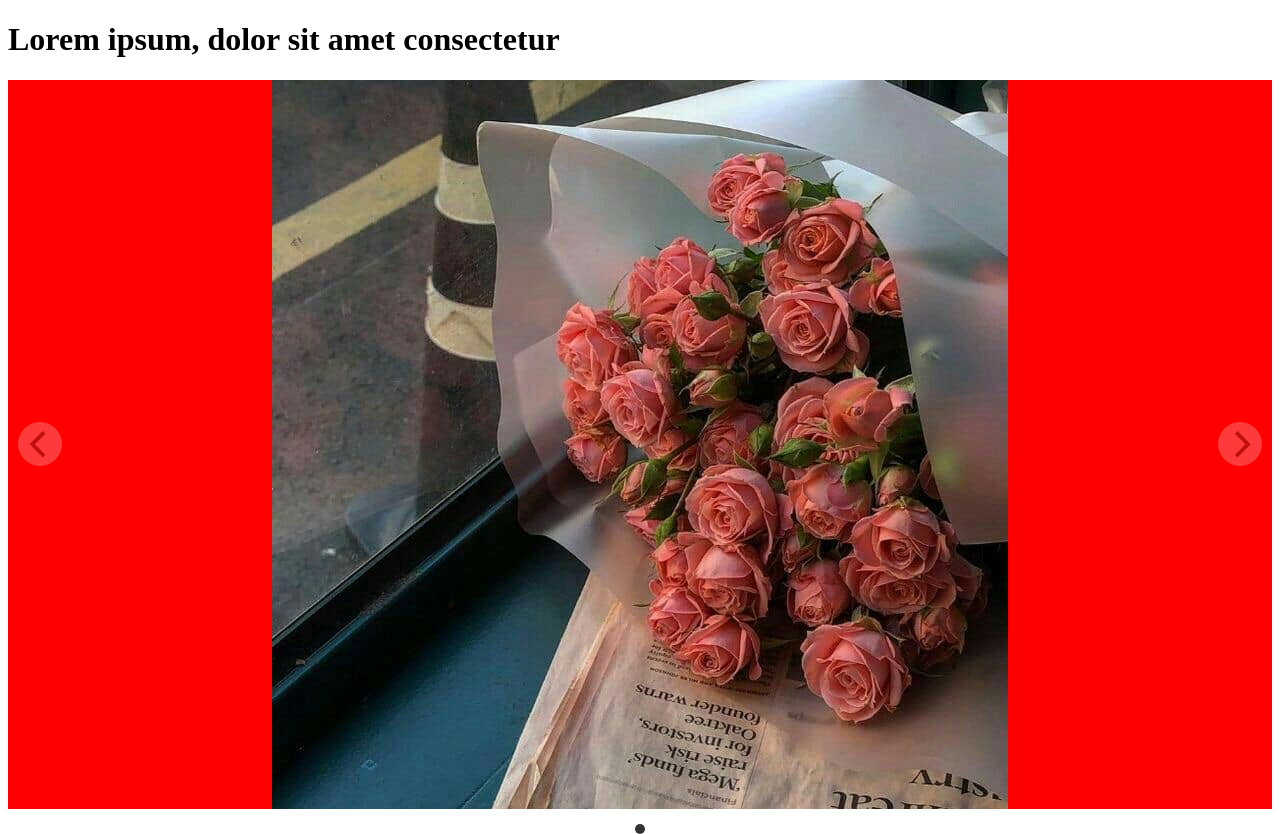
Repository: tongdkhai/Graphic-Art-Mart
Page: test/test.html
These files come from the project's save history. The page is drawn as it stood at one moment and after the next save; the edit follows.
The browser window is 1280 px wide. The pictures show the whole page.

Above is the page before, as saved 2022-10-25 17:53:39.

After the next save:
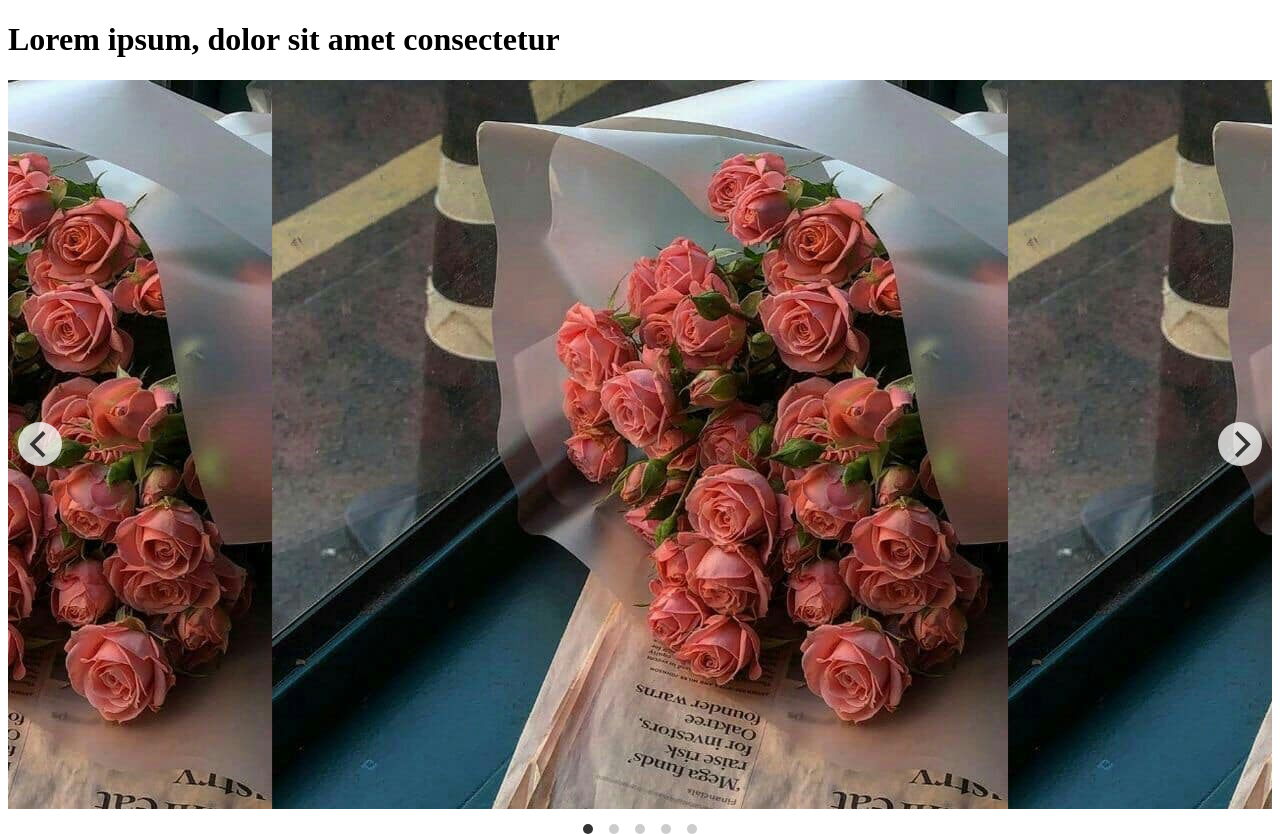
Saved 11 s later.
--- a/test/test.html
+++ b/test/test.html
@@ -51,6 +51,10 @@
       data-flickity='{"freeScroll": true, "wrapAround": true}'
     >
       <img src="./image.jpg" alt="">
+      <img src="./image.jpg" alt="">
+      <img src="./image.jpg" alt="">
+      <img src="./image.jpg" alt="">
+      <img src="./image.jpg" alt="">
     </div>
     <script type="text/javascript" src="./docs/flickity.pkgd.min.js"></script>
   </body>
